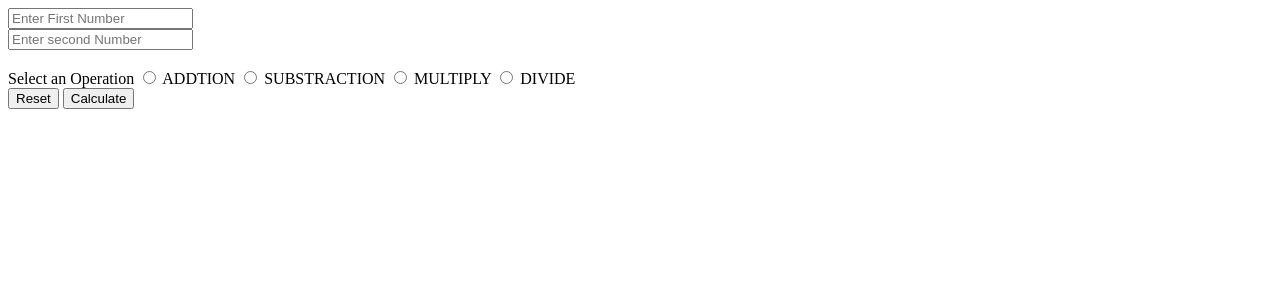
Repository: VIJAYkollu-7568/rakhi
Page: ServletProject/src/main/webapp/calculator.html
The author's editor kept a copy of each file at every save. The page is drawn from the files as they stood at one save, then again after the next save.
The browser window is 1280 px wide. The pictures show the whole page.

Above is the page before, as saved 2024-11-04 04:15:38.

### ServletProject/src/main/webapp/calculator.html



<html>
<head>
<title>Calculator App</title>
</head>
<body>
<form action="CalculatorServlet" >
<input type="text" placeholder="Enter First Number " name="txtN1" ><br>
<input type="text"  placeholder="Enter second Number " name="txtN2" ><br>
<br>
Select an Operation <input type="radio" name="opr" value="+">
ADDTION <input type="radio" name="opr" value="-">
SUBSTRACTION <input type="radio" name="opr" value="*">
MULTIPLY <input type="radio" name="opr" value="/">
DIVIDE <br> <input type="reset">
<input type="submit" value="Calculate" >
</form>
</body>
</html>

After the next save:
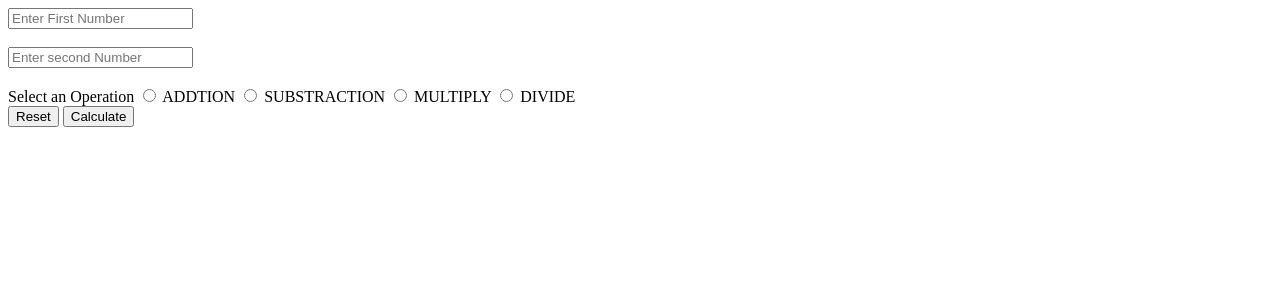
Saved 15 s later.
--- a/ServletProject/src/main/webapp/calculator.html
+++ b/ServletProject/src/main/webapp/calculator.html
@@ -7,7 +7,7 @@
 </head>
 <body>
 <form action="CalculatorServlet" >
-<input type="text" placeholder="Enter First Number " name="txtN1" ><br>
+<input type="text" placeholder="Enter First Number " name="txtN1" ><br><br>
 <input type="text"  placeholder="Enter second Number " name="txtN2" ><br>
 <br>
 Select an Operation <input type="radio" name="opr" value="+">
